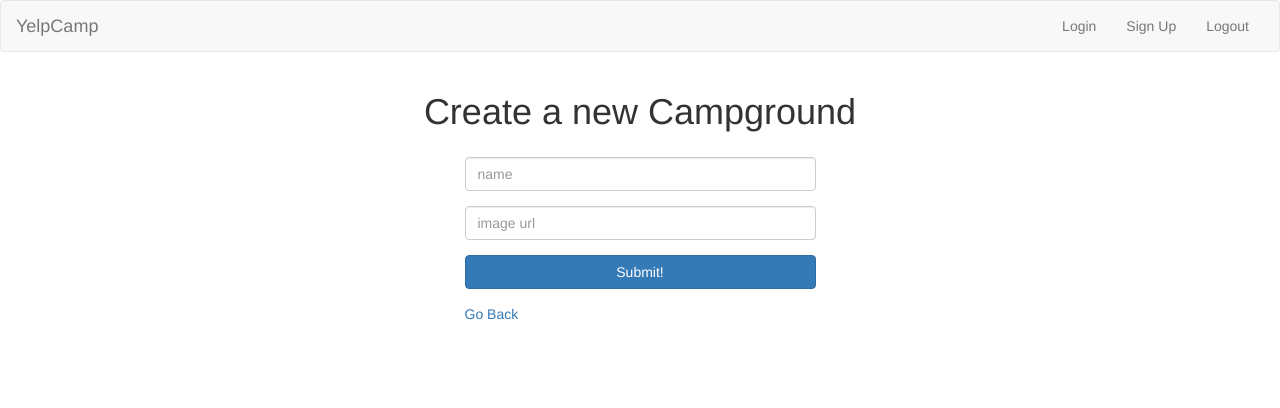
Repository: cuauhtlahuac/WebAppsPractices
Page: http://localhost/campgrounds/new
The author's editor kept a record of every edit. The page is drawn from the files as they stood at one moment, then again after the next edit.
The browser window is 1280 px wide. The pictures show the whole page.
The page is served by the project's Node server (YelpCamp/v1/app.js).

Above is the page before.

After the next edit:
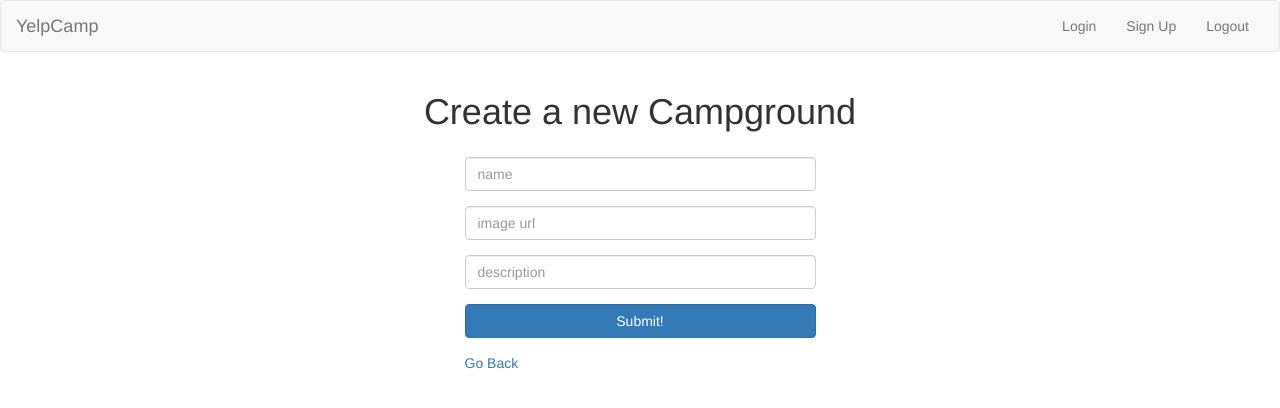
The edit:
--- a/workspaceEnglish/YelpCamp/v1/views/new.ejs
+++ b/workspaceEnglish/YelpCamp/v1/views/new.ejs
@@ -7,6 +7,7 @@
 <form action = "/campgrounds" method = "POST">
    <div class="form-group"> <input class="form-control" type = "text" name = "name" placeholder = "name"> </div>
      <div class="form-group"> <input class="form-control" type = "text" name = "image" placeholder = "image url"> </div>
+     <div class="form-group"> <input class="form-control" type = "text" name = "description" placeholder = "description"> </div>
      <div class="form-group"> <button class="btn btn-large btn-primary btn-block" >Submit!</button> </div>
 
 </form>
